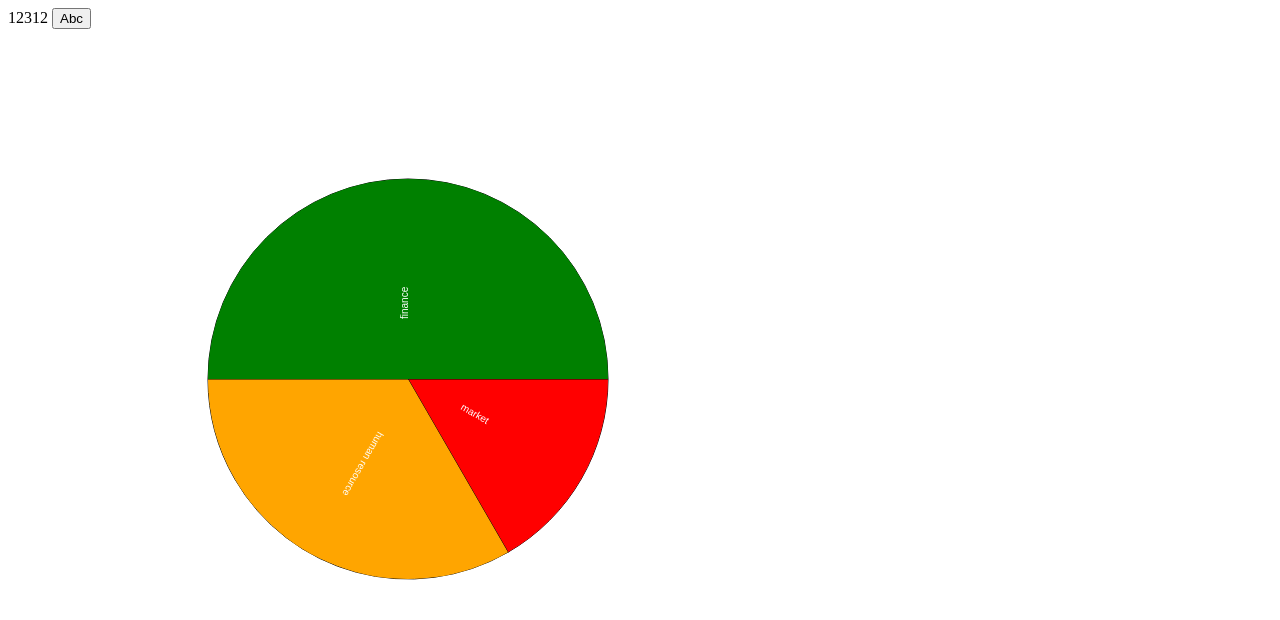
Repository: ycdtc/movie
Page: aaa/WebContent/index.html
These files come from the project's save history. The page is drawn as it stood at one moment and after the next save; the edit follows.
The browser window is 1280 px wide. The pictures show the whole page.
After loading, the first visible `#abc` was clicked once.

Above is the page before, as saved 2017-06-20 09:55:22.

After the next save:
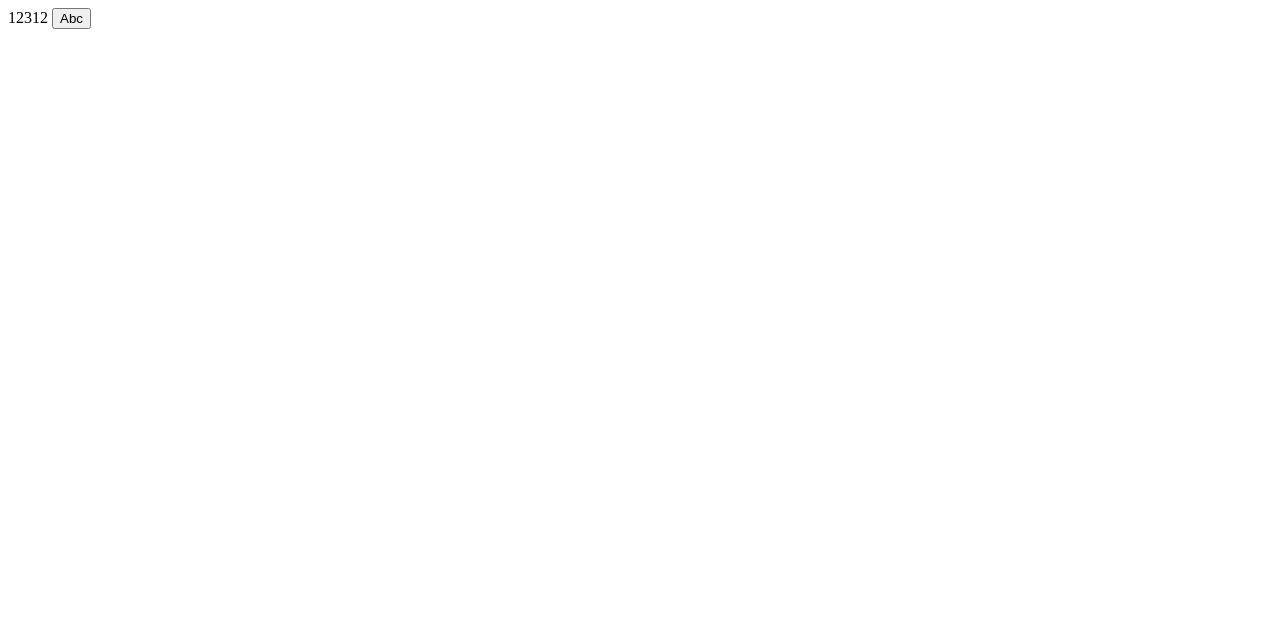
Console error: TypeError: Cannot read properties of undefined (reading 'getContext')
Saved 21 h 2 min later.
--- a/aaa/WebContent/index.html
+++ b/aaa/WebContent/index.html
@@ -15,7 +15,8 @@
 		//location.href = "hr.html?id=123"
 		$("#chart").empty();
 		$("<canvas id=\"can1\" height=\"600\" width=\"800\"></canvas>").appendTo($("#chart"));
-		drawPie("can1",[10,20,30],["market","human resource","finance"]);
+		//drawPie("can1",[10,20,30],["market","human resource","finance"]);
+		drawLine("can1",[1000,1200,500,800,600,700]);
 	});
 
 
--- a/aaa/WebContent/javascript/base.js
+++ b/aaa/WebContent/javascript/base.js
@@ -47,3 +47,86 @@ function drawPie(chart,value,name){
 		ctx.fillText(name[i], 60 , 0);
 	}
 }
+
+function drawLine(chart,arr){
+    var canvas = $(chart)[0];//获取dom对象
+    var ctx = canvas.getContext('2d');
+    //画布的款高
+    var cw = canvas.width;
+    var ch = canvas.height;
+    //内间距padding
+    var padding = 80;
+    //原点，bottomRight:X轴终点,topLeft:Y轴终点
+    var origin = {x:padding,y:ch-padding};
+    var bottomRight = {x:cw-padding,y:ch-padding};
+    var topLeft = {x:padding,y:padding};
+    //绘制X轴
+    ctx.beginPath();
+    ctx.moveTo(origin.x,origin.y);
+    ctx.lineTo(bottomRight.x,bottomRight.y);
+    //绘制X轴箭头
+    ctx.lineTo(bottomRight.x-20,bottomRight.y-10);
+    ctx.moveTo(bottomRight.x,bottomRight.y);
+    ctx.lineTo(bottomRight.x-20,bottomRight.y+10);
+    //绘制Y轴
+    ctx.moveTo(origin.x,origin.y);
+    ctx.lineTo(topLeft.x,topLeft.y);
+    //绘制Y轴箭头
+    ctx.lineTo(topLeft.x-10,topLeft.y+20);
+    ctx.moveTo(topLeft.x,topLeft.y);
+    ctx.lineTo(topLeft.x+10,topLeft.y+20);
+    //设置字号
+    ctx.font = '16px SimHei';
+    //绘制X方向刻度
+    //计算刻度可使用的总宽度
+    var avgWidth = (cw - 2*padding - 50)/(arr.length-1);
+    for(var i=0;i<arr.length;i++){
+        //循环绘制所有刻度线
+        if(i > 0){
+            //移动刻度起点
+            ctx.moveTo(origin.x+i*avgWidth,origin.y);
+            //绘制到刻度终点
+            ctx.lineTo(origin.x+i*avgWidth,origin.y-10);
+        }
+        //X轴说明文字：1月，2月...
+        var txtWidth = ctx.measureText(arr[i].key).width;
+        ctx.fillText(
+                arr[i].key,
+                origin.x+i*avgWidth-txtWidth/2,
+                origin.y+32);
+    }
+    //绘制Y方向刻度
+    //最大刻度max
+    var max = 0;
+    for(var i=0;i<arr.length;i++){
+        if(arr[i].value>max){
+            max=arr[i].value;
+        }
+    }
+    console.log(max);
+
+    var avgValue=Math.floor(max/5);
+    var avgHeight = (ch-padding*2-50)/5;
+    for(var i=1;i<arr.length;i++){
+        //绘制Y轴刻度
+            ctx.moveTo(origin.x,origin.y-i*avgHeight);
+            ctx.lineTo(origin.x+10,origin.y-i*avgHeight);
+        //绘制Y轴文字
+        var txtWidth = ctx.measureText(avgValue*i).width;
+        ctx.fillText(avgValue*i,
+                origin.x-txtWidth-5,
+                origin.y-i*avgHeight+6);
+    }
+
+    //绘制折线
+    for(var i=0;i<arr.length;i++){
+        var posY = origin.y - Math.floor(arr[i].value/max*(ch-2*padding-50));
+        if(i==0){
+            ctx.moveTo(origin.x+i*avgWidth,posY);
+        }else{
+            ctx.lineTo(origin.x+i*avgWidth,posY);
+        }
+    }
+    ctx.stroke();
+
+}

After the 2 saves that followed:
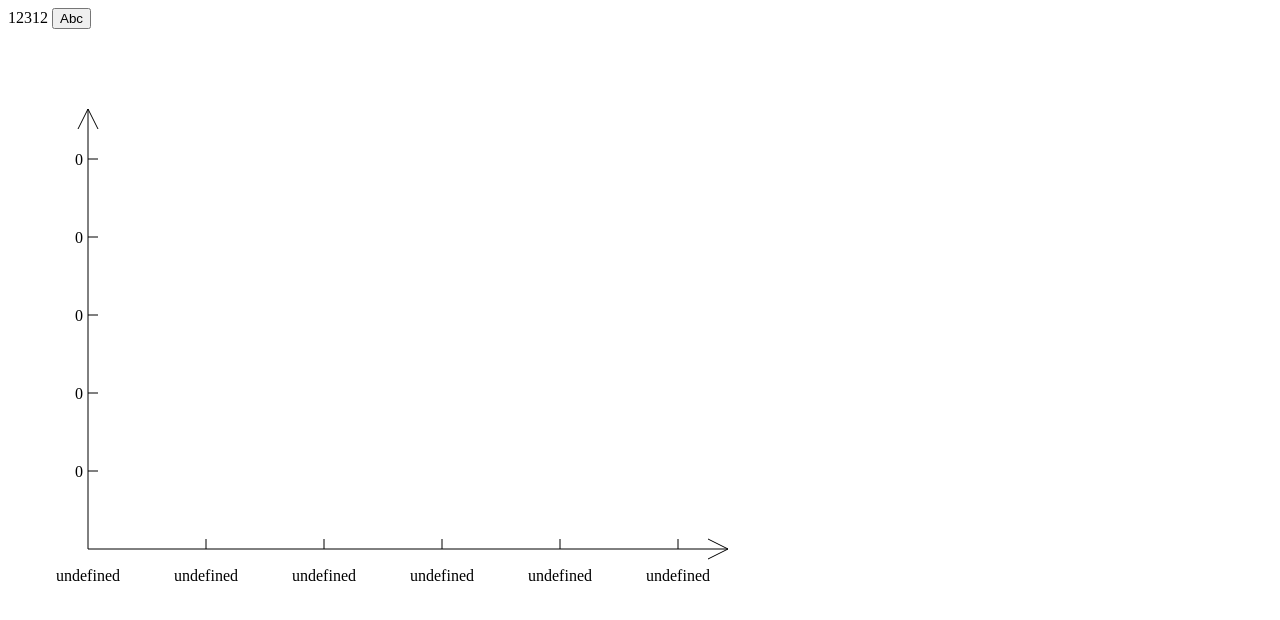
The error is gone.
The 2 saves are shown as one change because 1 left the picture as it was.
The last was saved 84 s later.
--- a/aaa/WebContent/javascript/base.js
+++ b/aaa/WebContent/javascript/base.js
@@ -49,7 +49,7 @@ function drawPie(chart,value,name){
 }
 
 function drawLine(chart,arr){
-    var canvas = $(chart)[0];//获取dom对象
+    var canvas = document.getElementById(chart);//获取dom对象
     var ctx = canvas.getContext('2d');
     //画布的款高
     var cw = canvas.width;
